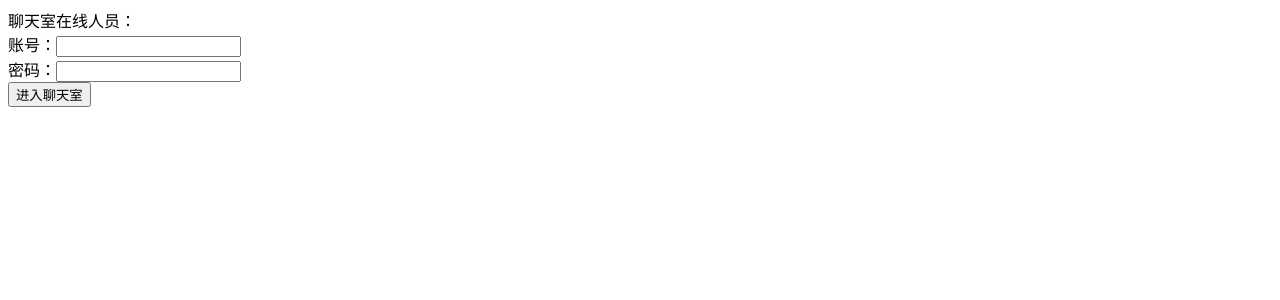
Repository: Matty-GCU/MyEclipse
Page: http://localhost/JavaWeb/chapter08_JSP_built_in_Object_2/homework/8.99.3hw3.jsp
The author's editor kept a copy of each file at every save. The page is drawn from the files as they stood at one save, then again after the next save.
The browser window is 1280 px wide. The pictures show the whole page.
The page is served by Tomcat 9. Other server files are loaded and not shown.

Above is the page before, as saved 2021-10-27 15:30:17.

### JavaWeb/WebRoot/chapter08_JSP_built_in_Object_2/homework/8.99.3hw3.jsp
<%@ page language="java" contentType="text/html; charset=UTF-8"
    pageEncoding="UTF-8" import="java.util.*"%>
<html>
	<head>
		<title>Insert title here</title>
	</head>
	<body>
		<%
			ArrayList<String> account = (ArrayList<String>) application.getAttribute("account");
			if(account == null) {
				account = new ArrayList<>();
				application.setAttribute("account", account);
			}
			String newAccount = request.getParameter("newAccount");
			String psw = request.getParameter("psw");
			if(newAccount != null && psw != null) {
				account.add(newAccount);
			}
		%>
		聊天室在线人员：<br>
		<%
			for(String s: account) {
				out.print(s + "<br>");
			}
		%>
		<form action="#" method="post">
			账号：<input type="text" name="newAccount"><br>
			密码：<input type="password" name="psw"><br>
			<input type="submit" value="进入聊天室">
		</form>
	</body>
</html>

After the next save:
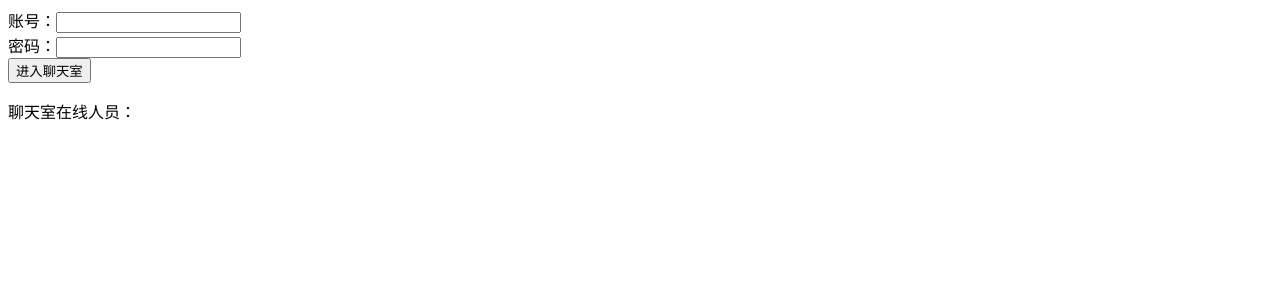
Saved 45 s later.
--- a/JavaWeb/WebRoot/chapter08_JSP_built_in_Object_2/homework/8.99.3hw3.jsp
+++ b/JavaWeb/WebRoot/chapter08_JSP_built_in_Object_2/homework/8.99.3hw3.jsp
@@ -17,16 +17,16 @@
 				account.add(newAccount);
 			}
 		%>
+		<form action="#" method="post">
+			账号：<input type="text" name="newAccount"><br>
+			密码：<input type="password" name="psw"><br>
+			<input type="submit" value="进入聊天室">
+		</form>
 		聊天室在线人员：<br>
 		<%
 			for(String s: account) {
 				out.print(s + "<br>");
 			}
 		%>
-		<form action="#" method="post">
-			账号：<input type="text" name="newAccount"><br>
-			密码：<input type="password" name="psw"><br>
-			<input type="submit" value="进入聊天室">
-		</form>
 	</body>
 </html>
